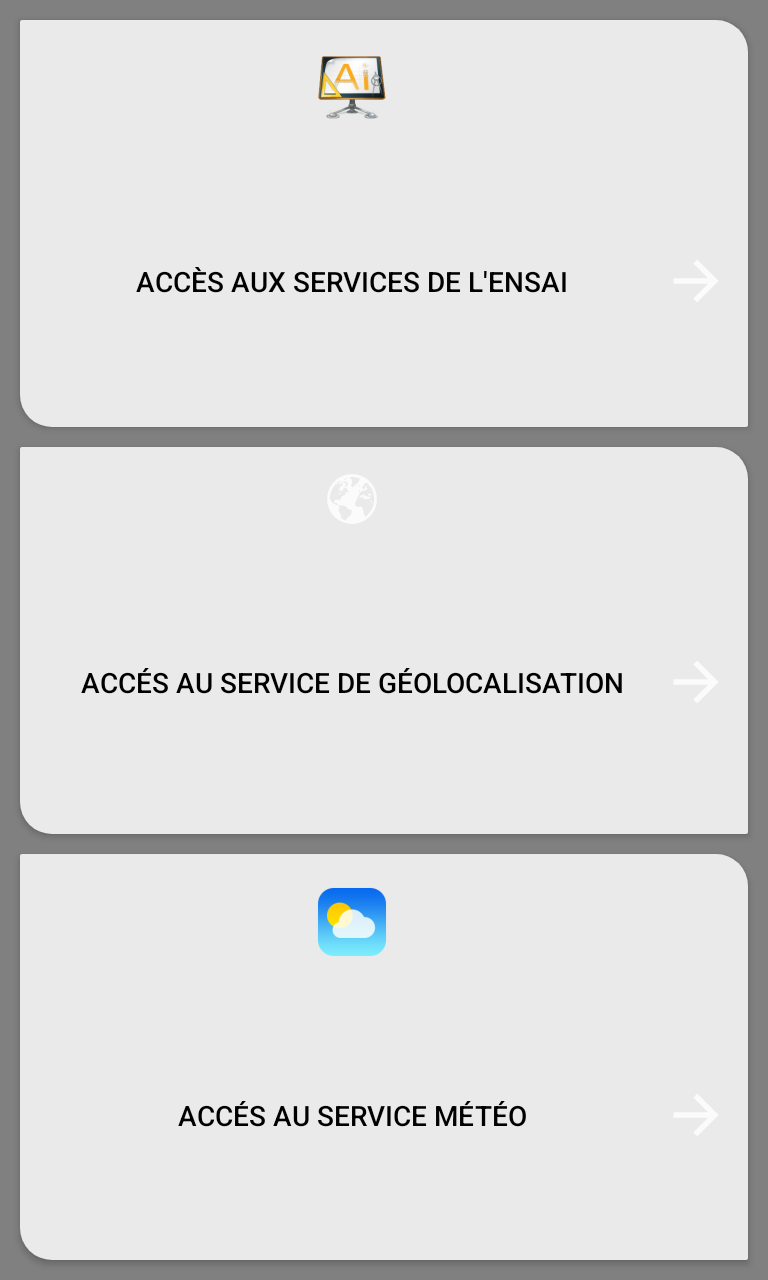
Repository: cpluuuusplus/WhoWantsKitKat
Layout: AppliPlus/res/layout/activity_menu_principal.xml
An editor plug-in stored every save of this project. The layout is shown before and after the next save, followed by the edit.
It is drawn on a 768 x 1280 px phone screen (xhdpi) without system bars, with theme Theme.AppCompat.Light; the app's code is not run.

Above is the layout before, as saved 2014-05-12 15:44:35.

After the next save:
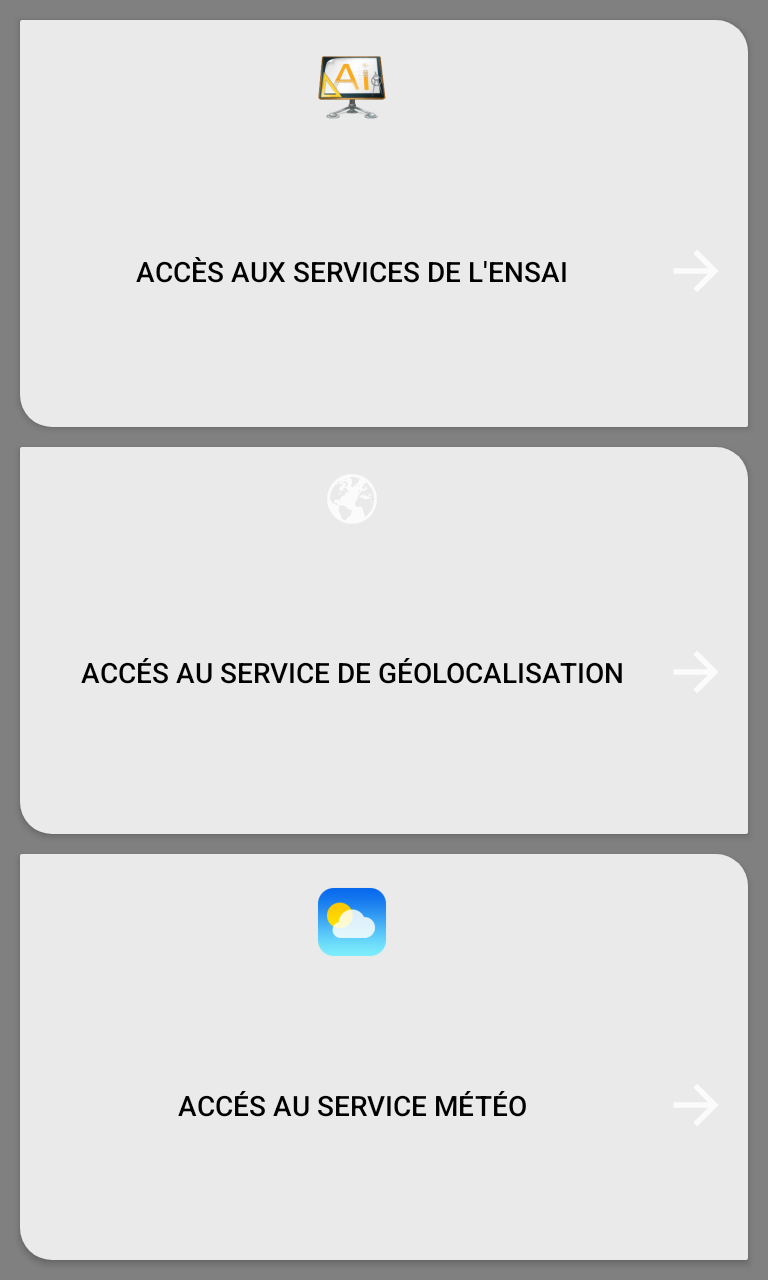
Saved 11 s later.
--- a/AppliPlus/res/drawable-hdpi/button_shape.xml
+++ b/AppliPlus/res/drawable-hdpi/button_shape.xml
@@ -12,6 +12,7 @@
     <padding
         android:left="10dp"
         android:top="10dp"
-        android:right="10dp"/>
+        android:right="10dp"
+        android:bottom="10dp"/>
 
 </shape>
